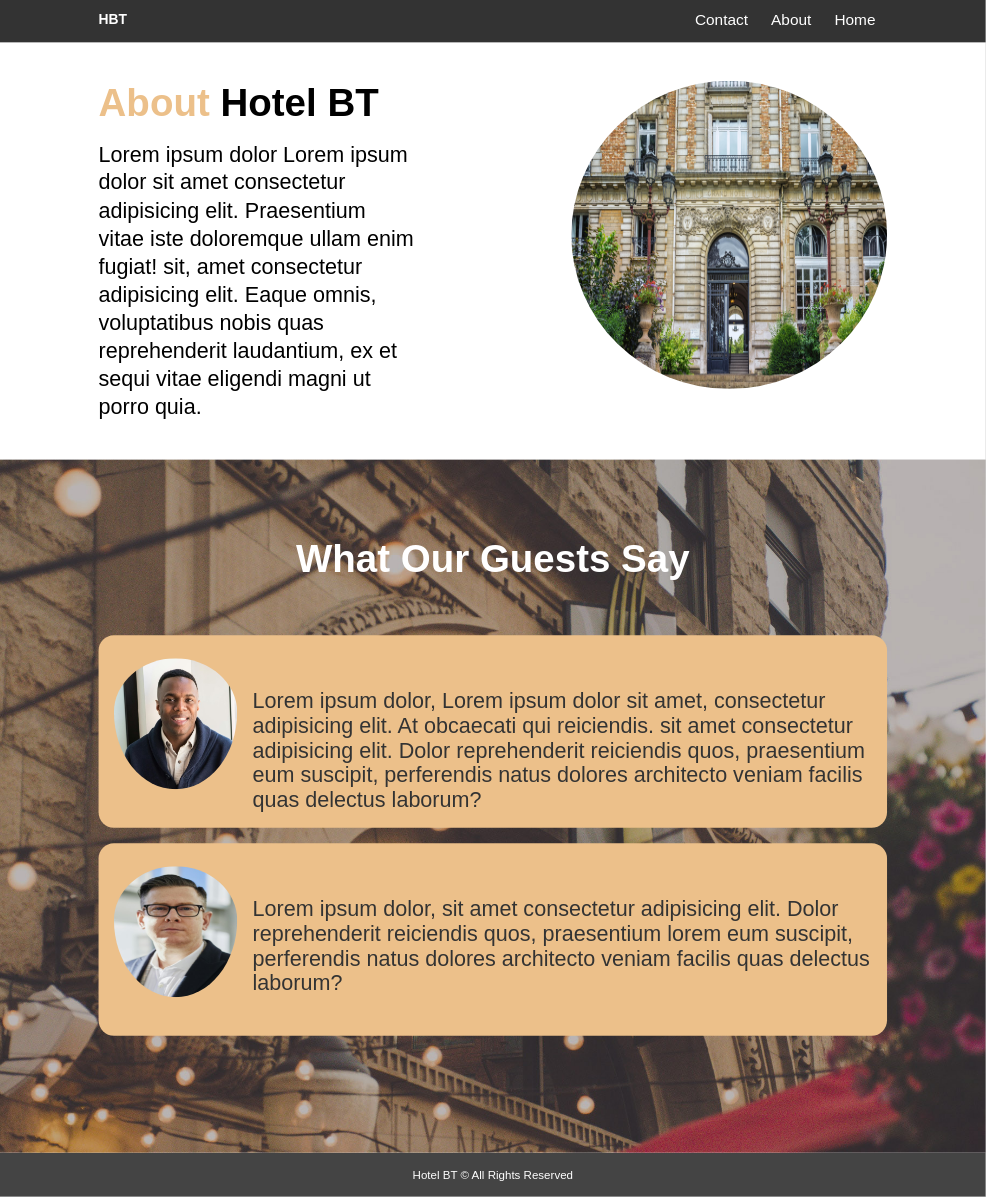
Repository: reemoon-ctrl/35---hotel-website
Page: about.html
The author's editor kept a copy of each file at every save. The page is drawn from the files as they stood at one save, then again after a run of saves.
The browser window is 1280 px wide. The pictures show the whole page, at 77% of full size.

Above is the page before, as saved 2024-07-24 21:19:31.

### about.html
<!DOCTYPE html>
<html lang="en">
<head>
    <meta charset="UTF-8">
    <meta name="viewport" content="width=device-width, initial-scale=1.0">
    <title>HBT | Hotel Website</title>
    <link rel="stylesheet" href="index.css"/>
    <link rel="stylesheet" media="screen and (max-width:500px)" href="mobile.css">
</head>
<body>
    <header>
        <ul class="nav-bar">
            <li class="title"><a href="index.html">HBT</a></li>
            <div class="bag-nav-row" >
            <li class="bag-nav"><a href="contact.html">Contact</a></li>
            <li class="bag-nav"><a href="about.html">About</a></li>
            <li class="bag-nav"><a href="index.html">Home</a></li>
            </div>
        </ul>
    </header>
    <header>


    </header>
    <main>
        <div class="s-header">
            <div class="header-content">
            <h1><span class="fword">About </span>Hotel BT</h1>
            <p>Lorem ipsum dolor Lorem ipsum dolor sit amet consectetur adipisicing elit. Praesentium vitae iste doloremque ullam enim fugiat! sit, amet consectetur adipisicing elit. Eaque omnis, voluptatibus nobis quas reprehenderit laudantium, ex et sequi vitae eligendi magni ut porro quia.
            </p>
           </div>
            <img class="hotel-img2" src="/img/photo-1.jpg" alt="Hotel-image">
        </div>
    </main>
    <aside>
        <div class="aside-content">
            <ul>
                <li><h1>What Our Guests Say</h1></li>
                <li class="comment"><img src="img/pexels-divinetechygirl-1181391.jpg" alt="person-img"><p>Lorem ipsum dolor, Lorem ipsum dolor sit amet, consectetur adipisicing elit. At obcaecati qui reiciendis. sit amet consectetur adipisicing elit. Dolor reprehenderit reiciendis quos, praesentium eum suscipit, perferendis natus dolores architecto veniam facilis quas delectus laborum?</p></li>
                <li class="comment"><img src="img/pexels-linkedin-2182970.jpg" alt="person-img"><p>Lorem ipsum dolor, sit amet consectetur adipisicing elit. Dolor reprehenderit reiciendis quos, praesentium lorem eum suscipit, perferendis natus dolores architecto veniam facilis quas delectus laborum?</p></li>

            </ul>
        </div>
    </aside>
    <footer>
        <p>Hotel BT &copy; All Rights Reserved</p>

    </footer>
</body>
</html>

### index.css
*{
    padding: 0px;
    margin: 0px;
    box-sizing: border-box;
    font-family: "Rubik", sans-serif;
    font-optical-sizing: auto;




}
.nav-bar{
    list-style:none;
    overflow: auto;
    /* clear:both; */
    background: #333333;
    font-size: 20px;
    text-align: center;
    height: 55px;

}

.bag-nav-row{
    margin-right: 10%;
}
.title{
    float: left;
    margin-left: 10%;
    font-weight: bold;
    font-size:18px ;

    text-align: center;
    padding:15px 0px;

}
.title  a{
    text-decoration: none;
    color:#fff;
}


.bag-nav{
    float: left;
    font-size: 20px;


}
.bag-nav-row{
    float:right;
}
.bag-nav-row li a{
    text-decoration: none;
    padding: 15px;
    display: inline-block;
    color: #fff;
}

.bag-nav-row li a:hover{
    background: #444444;
    color:#ecc08a;
}
.bag-nav-row li a:current{
    background: #444444;
    color:#ecc08a;
}


.mainheader{
    background-image: url("img/showcase.jpg") ;
    background-color: #cccccc;
    height:600px;
    background-position: center;
    background-repeat: no-repeat;
    background-size:cover;
    position: relative;
}
.mainheadertxt{
    /* margin: auto; */
    padding: 150px 10%;
    position:relative;
    text-align: center;
    /* margin-top: 20px; */
    color:#fff;
}
.mainheadertxt h1{
    font-size:50px;

}

.mainheadertxt p{
    margin:20px;
    font-size: 20px;
}
.mainheadertxt a{
    position:relative;
    display: block;
    width: fit-content;
    background: #444444;
    text-decoration:none ;
    color: #fff;
    top:50%;
    margin-top: 30px;
    margin: auto;
    font-size: 20px;

    padding: 20px;
}
.mainheadertxt a:hover{
    background: #ecc08a;
    cursor: pointer;
    color:#333333;

}
.fword{
    color:#ecc08a
}
.main-content{
    width:100%;
    height:400px;
    overflow: auto;
    background: #444444;
    color: #fff;
}
.hotelimg{
    width:50%;
    float:left;

    min-height:100% ;
    background: url('img/photo-1.jpg') no-repeat;
}
.hotel-disc{
    /* padding-top: 100px; */
    padding:20px 10px;
    width:50%;
    height:40px;
    float:right;
    text-align: center;
    /* margin-top:px; */
    line-height: 1.3;
    /* padding:20px; */

}
.hotel-disc h3{
    font-size: 25px;
    /* font-size: xx-large; */
    margin-bottom: 20px;
    margin-top:5rem;
}
.hotel-disc a{
    position:relative;
    display: block;
    width: fit-content;
    text-decoration:none ;
    color: #333333;
    padding: 15px;
    margin:auto;
    margin-top: 20px;
    background: #fff;

}
.hotel-disc a:hover{
    background: #ecc08a;
}
.hotel-disc p{
    font-size: 20px;
}

.aside-bar{
    height: 300px;
    overflow: auto;
    clear:both;

}
.ul{
    list-style: none;
    text-align: center;
    margin:auto;
    height:300px;
}
.fli{

    margin: auto;
    float: left;
    width:33.3%;
    height: 300px;
    padding: 90px 20px;
}
.fli h4{
    font-size: 25px;
    margin-bottom: 20px;
    margin-top: 20px;
}
.sli h4{
    margin-top: 20px;
    font-size: 25px;
    margin-bottom: 20px;
}
.thli h4{
    margin-top: 20px;
    font-size: 25px;
    margin-bottom: 20px;
}
.sli{
    float:left;
    width:33.3%;
    background-color:#ecc08a;
    height: 300px;
    padding: 90px 20px;

}
.thli{
    float:right;
    width:33.3%;
    height: 300px;
    margin: auto;
    padding: 90px 20px;
}

footer p{
    text-align: center;
    font-size: 15px;
    color: #fff;
    background: #444444;
    padding: 20px;
}

/* ///////////////about website////////////////// */
.s-header{
    overflow: auto;
    clear: both;
    margin: auto;
    margin: 50px 10%;
    /* height: 500px; */
}
.header-content{
    float:left;
    width:40%;

}
.header-content h1{
    font-size: 50px;
}
.header-content p{
    font-size: 28px;
    margin-top: 20px;
    line-height: 1.3;
}
.hotel-img2{
    height:400px;
    width: 40%;
    float: right;
    border-radius:50%;
}
.comment{
    overflow: auto;
    background:#ecc08a;
    margin: 20px 10%;
    border-radius: 20px;

}
.aside-content{
    background-image: url(img/test-bg.jpg) ;
    background-color: #cccccc;
    height:900px;
    background-position: center;
    background-repeat: no-repeat;
    background-size: cover;
    position: relative;
    width: 100%;



}
.aside-content h1{
    margin: 20px 10%;
    text-align: center;
    color: #FFF;
    font-size: 50px;
    padding-top: 100px;
    padding-bottom: 50px;

}
.comment img{
    padding-top: 30px;
width:200px ;
height:200px ;
border-radius: 200px;
float: left;
padding-right: 20px;
padding-left: 20px;
margin-bottom: 50px;
}
.comment p{
padding-top: 70px;
font-size: 28px;
color: #333333;


}
/* ///////////////contact style///////////// */
form h1{
    margin-bottom: 20px;
    font-size: 50px;

}
form p{
    font-size: 25px;

}

.form-label label{
    display: block;

}
.form-label input{
    width:100%;
    padding:10px;
    font-size: 28px;
    border:#ddd solid 1px;
    /* border: 3px solid #ccc; */
    -webkit-transition: 0.5s;
    transition: 0.5s;
    outline: none;

}
.form-label input[type=text]:focus{
    border: 2px solid #ecc08a;
}
.form-label{
    font-size: 35px;
    margin-top: 20px;
}
.submit-input:hover{
    border: 2px solid #ecc08a;
    background: #ecc08a;
    color:#444444;
}
textarea{
    width: 100%;
    height: 250px;
    padding: 12px 20px;
    box-sizing: border-box;
    border: 1px solid #ddd;
    border-radius: 4px;
    /* background-color: #f8f8f8; */
    resize:none;
    font-size: 20px;
    -webkit-transition: 0.5s;
    transition: 0.5s;
    outline: none;

}
textarea:focus{
    border: 2px solid #ecc08a;
}
.submit-input{
 padding: 20px;
 /* text-align: center; */
 width:200px;
 cursor: pointer;
 margin: 30px 0px;
 background: #333333;
 color: #FFF;
 font-size: 20px;


}
.form-container{
    margin: 40px 10%;
    height:800px;
}
.fli-about{
    padding: 60px;
    margin: auto;
    float: left;
    width:33%;
    height: 300px;
    padding: 90px 20px;
    color:#ddd;
}
.fli-about h4{
    font-size: 35px;
    margin-bottom: 20px;
}
.fli-about p{
    font-size: 28px;
}
.sli-about h4{
    font-size: 35px;
    margin-bottom: 20px;
}
.sli-about p{
    font-size: 28px;
}
.thli-about h4{
    font-size: 35px;
    margin-bottom: 20px;
}
.thli-about p{
    font-size: 28px;
}
.sli-about{
    float:left;
    width:33%;
    color: #ddd;
    height: 300px;
    padding: 90px 20px;

}
.thli-about{
    float:right;
    width:33%;
    height: 300px;
    margin: auto;
    height: 300px;
    padding: 90px 20px;
    background: #333333;
    color: #ddd;
}
.ul-about{
    list-style: none;
    text-align: center;
    margin:auto;
    height:300px;
    background: #333333;
}

### mobile.css
.title{
    float:none;
    text-align: center;
    margin-left: 0px;
}

.bag-nav{
    float:none;
    text-align: center;
}
.bag-nav-row{
    margin-right: 0px;
}
.bag-nav-row li a{

    padding: 10px;
    width:30rem;
}
.nav-bar{
    height: fit-content;
}


.hotelimg{
    display: none;
}
.hotel-disc{

    width: 100%;
}
.hotel-disc h3{
    margin-bottom: 2rem;
    margin-top:2rem;
}
.aside-bar{
    height:max-content;
    overflow: auto;
    clear:both;

}
.ul{
    height:100%;
}
.fli{
    float:none;
    padding:1rem;
    width:100%;
    padding: 3rem;
    height:fit-content;
}
.sli{
    float: none;
    width:100%;
    padding: 3rem;
    height:fit-content;
}
.thli{
    float:none;
    width:100%;
    padding: 3rem;
    height:fit-content;
}
/* ////////////////////about/////// */
.header-content{
    float:none;
    width: 100%;
}
.hotel-img2{
    float:none;
}

After the next 2 saves:
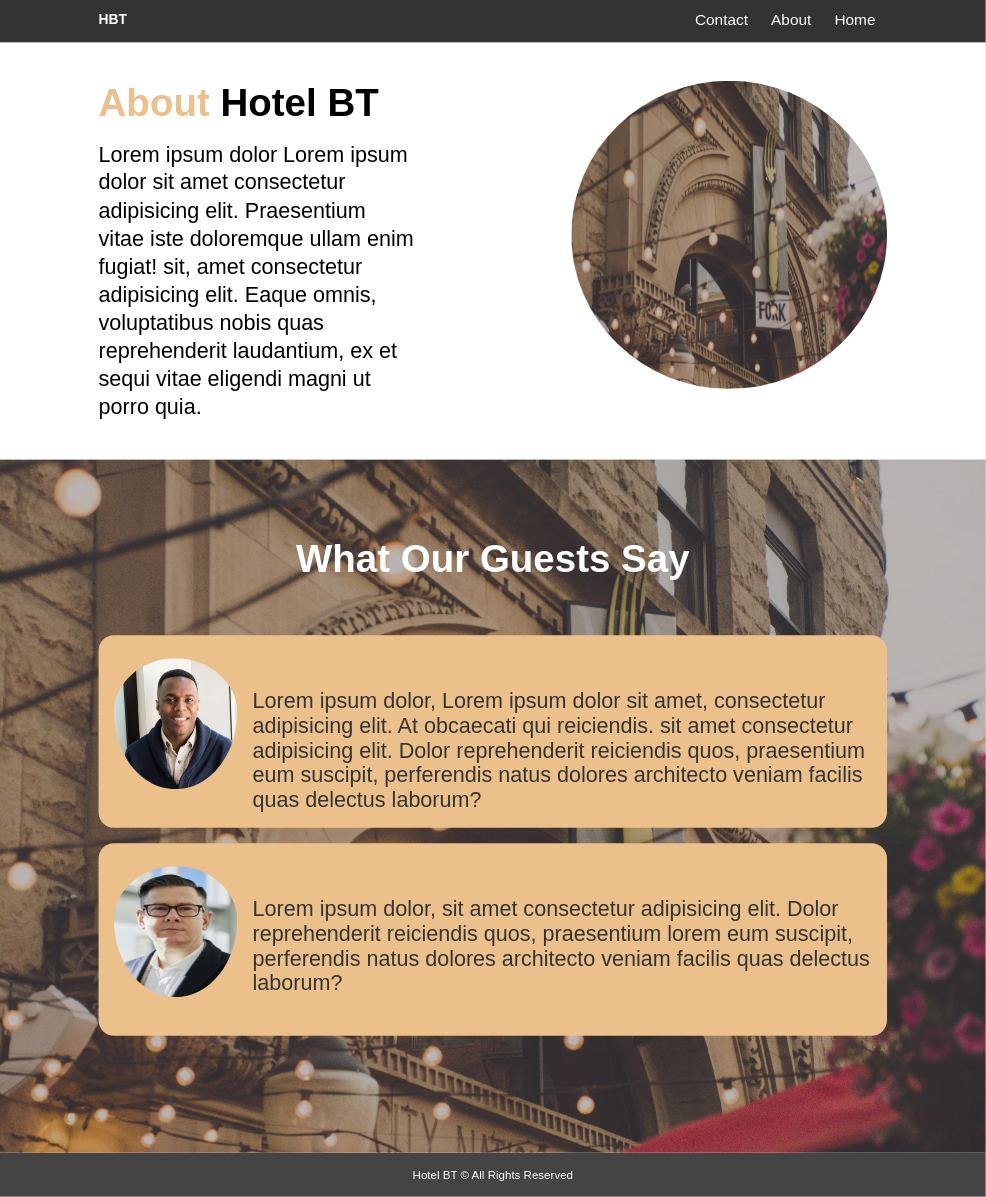
The 2 saves are shown as one change because they came seconds apart.
The last was saved 10 s later.
--- a/about.html
+++ b/about.html
@@ -29,7 +29,7 @@
             <p>Lorem ipsum dolor Lorem ipsum dolor sit amet consectetur adipisicing elit. Praesentium vitae iste doloremque ullam enim fugiat! sit, amet consectetur adipisicing elit. Eaque omnis, voluptatibus nobis quas reprehenderit laudantium, ex et sequi vitae eligendi magni ut porro quia.
             </p>
            </div>
-            <img class="hotel-img2" src="/img/photo-1.jpg" alt="Hotel-image">
+            <img class="hotel-img2" src="/img/test-bg.jpg" alt="Hotel-image">
         </div>
     </main>
     <aside>
